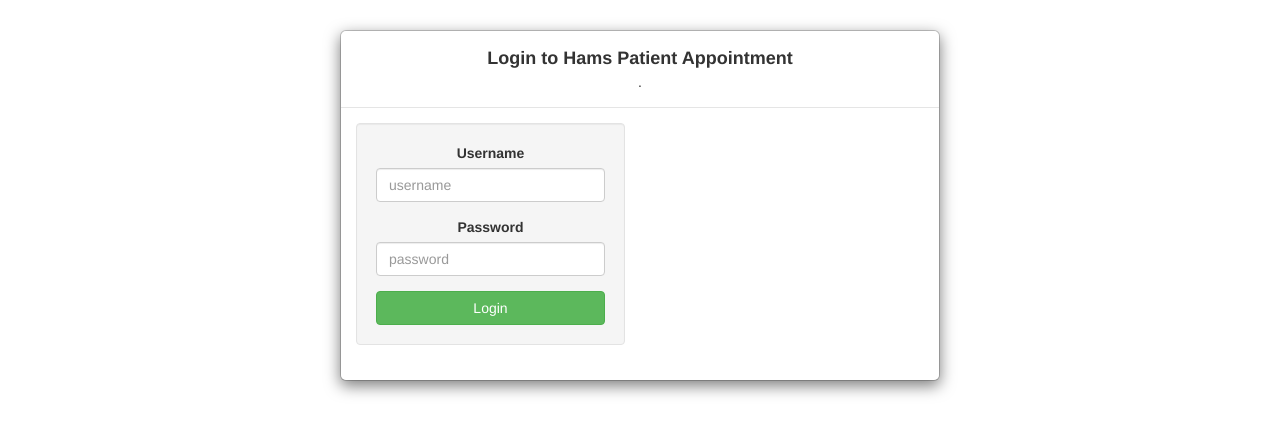
Repository: shiveshk/PullData
Page: http://localhost/Hams/
These files come from the project's save history. The page is drawn as it stood at one moment and after a run of saves; the edit follows.
The browser window is 1280 px wide. The pictures show the whole page.
The page is served by Tomcat 9. Nobody is signed in. The application's start-up code is not run.

Above is the page before, as saved 2015-11-04 14:26:18.
Console error (its wording comes from the project's code and is left out).

After the next 2 saves:
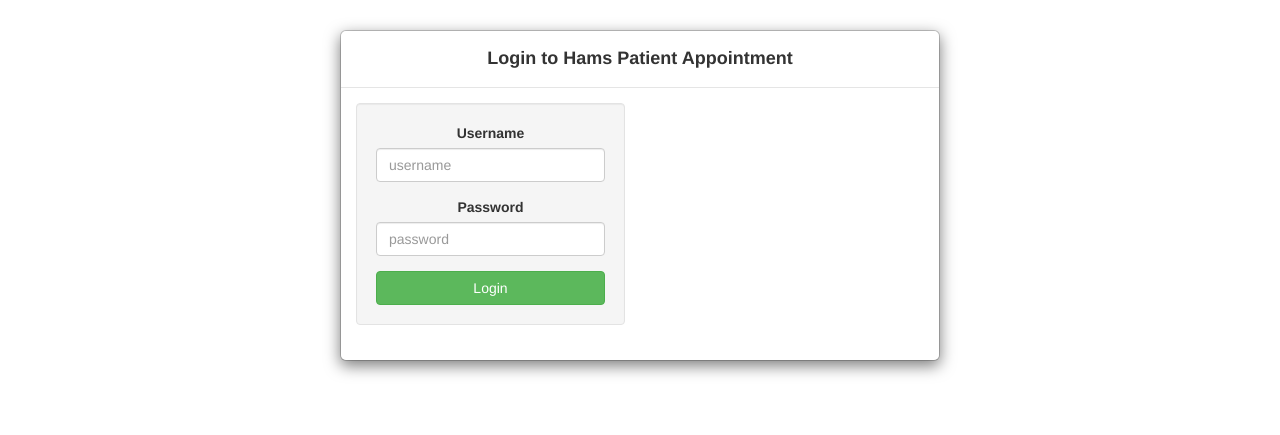
The 2 saves are shown as one change because they came seconds apart.
The last was saved 15 s later.
--- a/Hams/WebContent/index.jsp
+++ b/Hams/WebContent/index.jsp
@@ -16,7 +16,7 @@
     <div id="login-overlay" class="modal-dialog">
       <div class="modal-content">
           <div class="modal-header">
-              <h4 class="modal-title" id="myModalLabel"><b>Login to Hams Patient Appointment </b></h4> </a>.
+              <h4 class="modal-title" id="myModalLabel"><b>Login to Hams Patient Appointment </b></h4>
           </div>
           <div class="modal-body">
               <div class="row">
